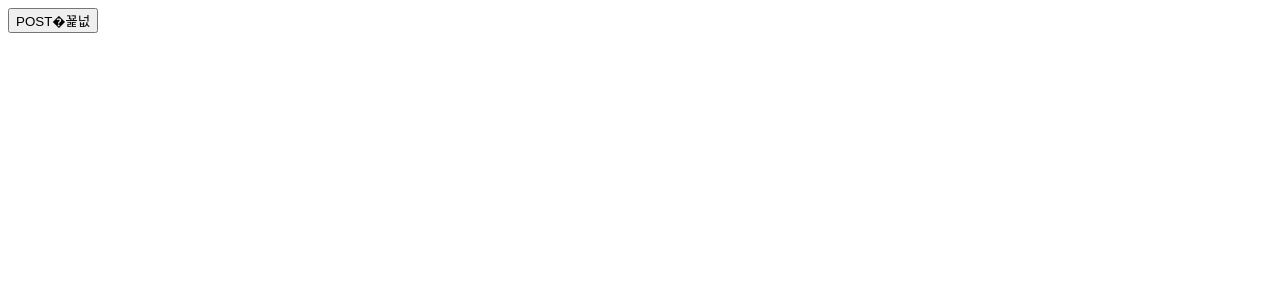
Repository: dambijin/lesson
Page: workspace_java/proj1_hello/src/main/webapp/post.html
These files come from the project's save history. The page is drawn as it stood at one moment and after the next save; the edit follows.
The browser window is 1280 px wide. The pictures show the whole page.

Above is the page before, as saved 2024-02-20 05:30:27.

After the next save:
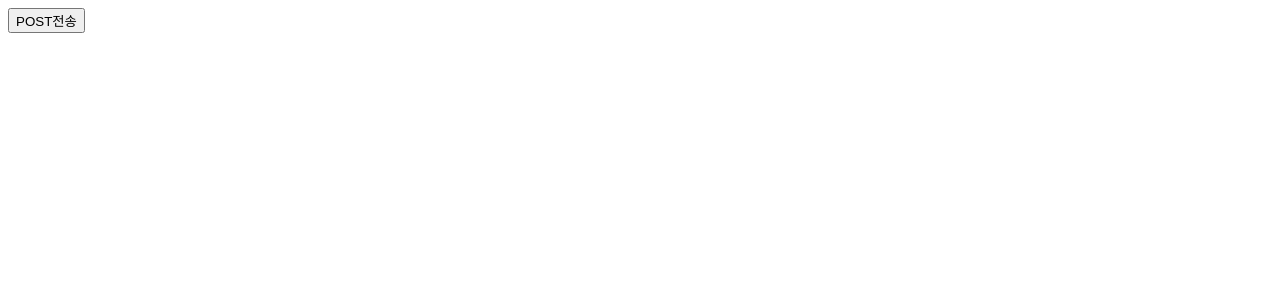
Saved 3 min 31 s later.
--- a/workspace_java/proj1_hello/src/main/webapp/post.html
+++ b/workspace_java/proj1_hello/src/main/webapp/post.html
@@ -2,7 +2,7 @@
 <html>
 
 <head>
-	<meta charset="EUC-KR">
+	<meta charset="UTF-8">
 	<title>Insert title here</title>
 </head>
 
